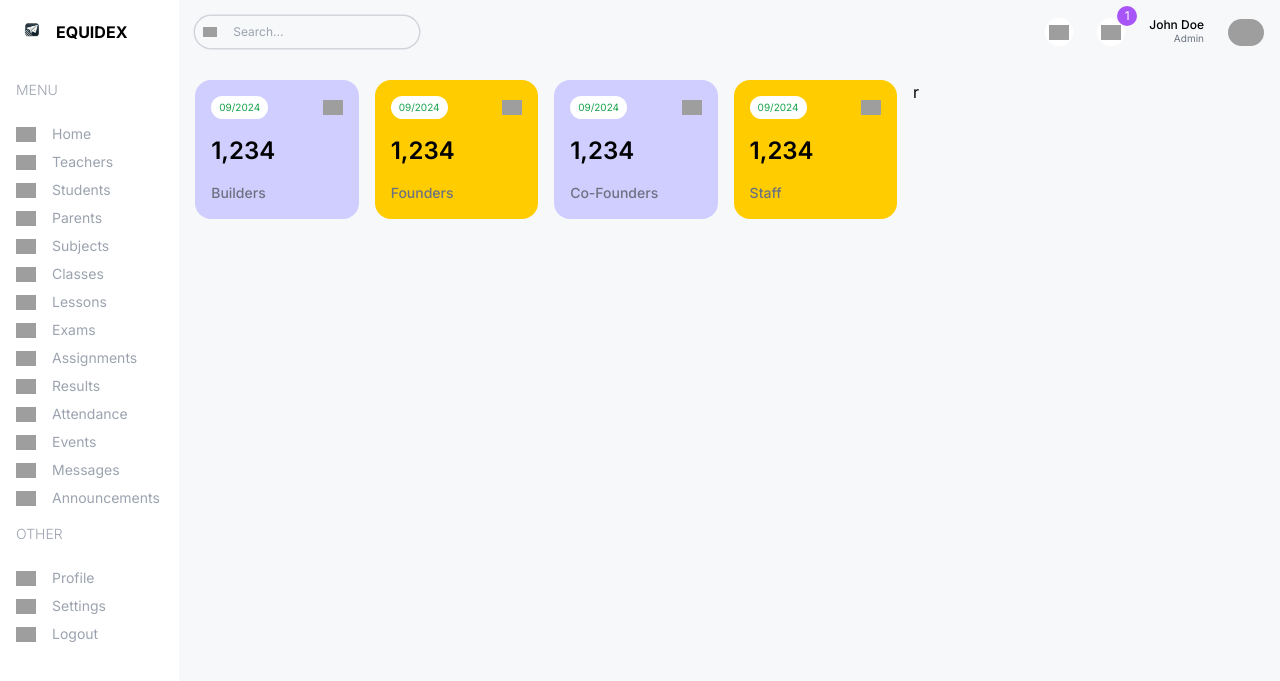
Repository: MikeeBuilds/equidex
Page: /admin
These files come from the project's save history. The page is drawn as it stood at one moment and after the next save; the edit follows.
The browser window is 1280 px wide. The pictures show the whole page.
Pictures or frames that could not be fetched are drawn as grey boxes. The project was rebuilt for these pictures with package versions that can differ from the ones it lists, and the page was loaded fresh each time. The framework's server and built-in components were replaced by stand-ins that run in the browser. Also part of the build but not shown: next.config.mjs.

Above is the page before, as saved 2024-09-24 18:36:08.

After the next save:
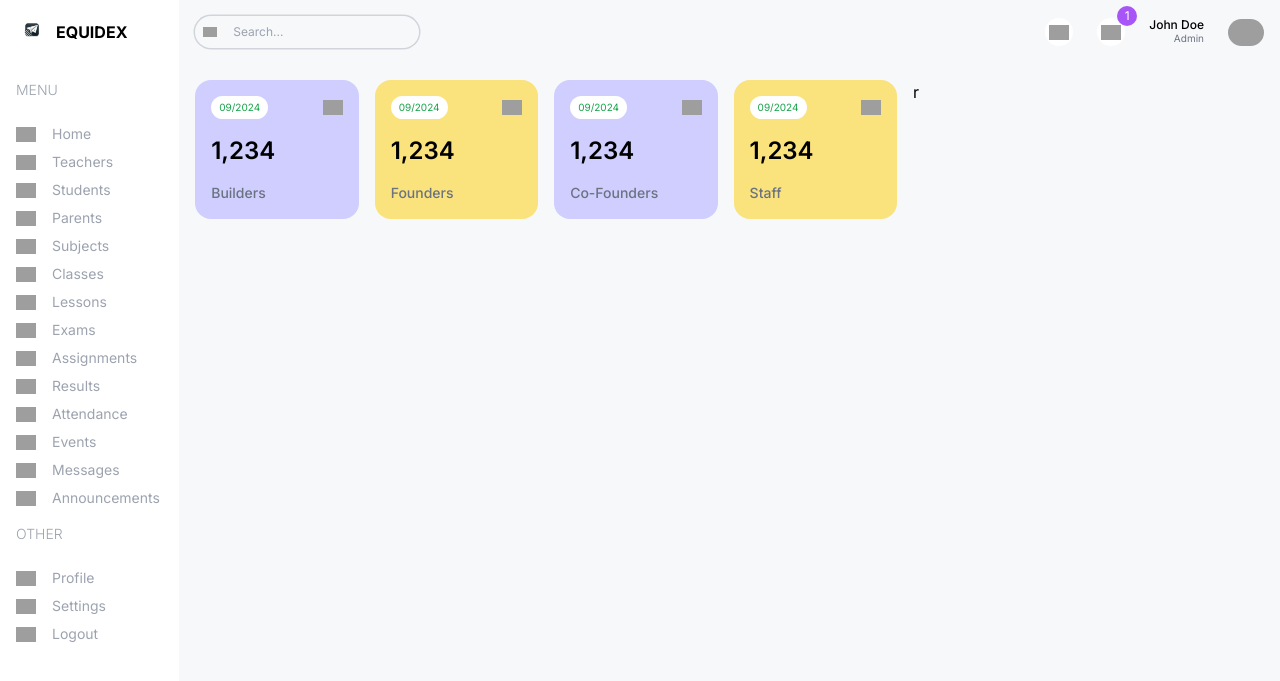
Saved 7 s later.
--- a/tailwind.config.ts
+++ b/tailwind.config.ts
@@ -18,7 +18,7 @@ const config: Config = {
         dexSkyLight: "#EDF9FD",
         dexPurple: "#CFCEFF",
         dexPurpleLight: "#F1F0FF",
-        dexYellow: "#FFCC00",
+        dexYellow: "#FAE27C",
         dexYellowLight: "#FFFAEF",
       },
     },
